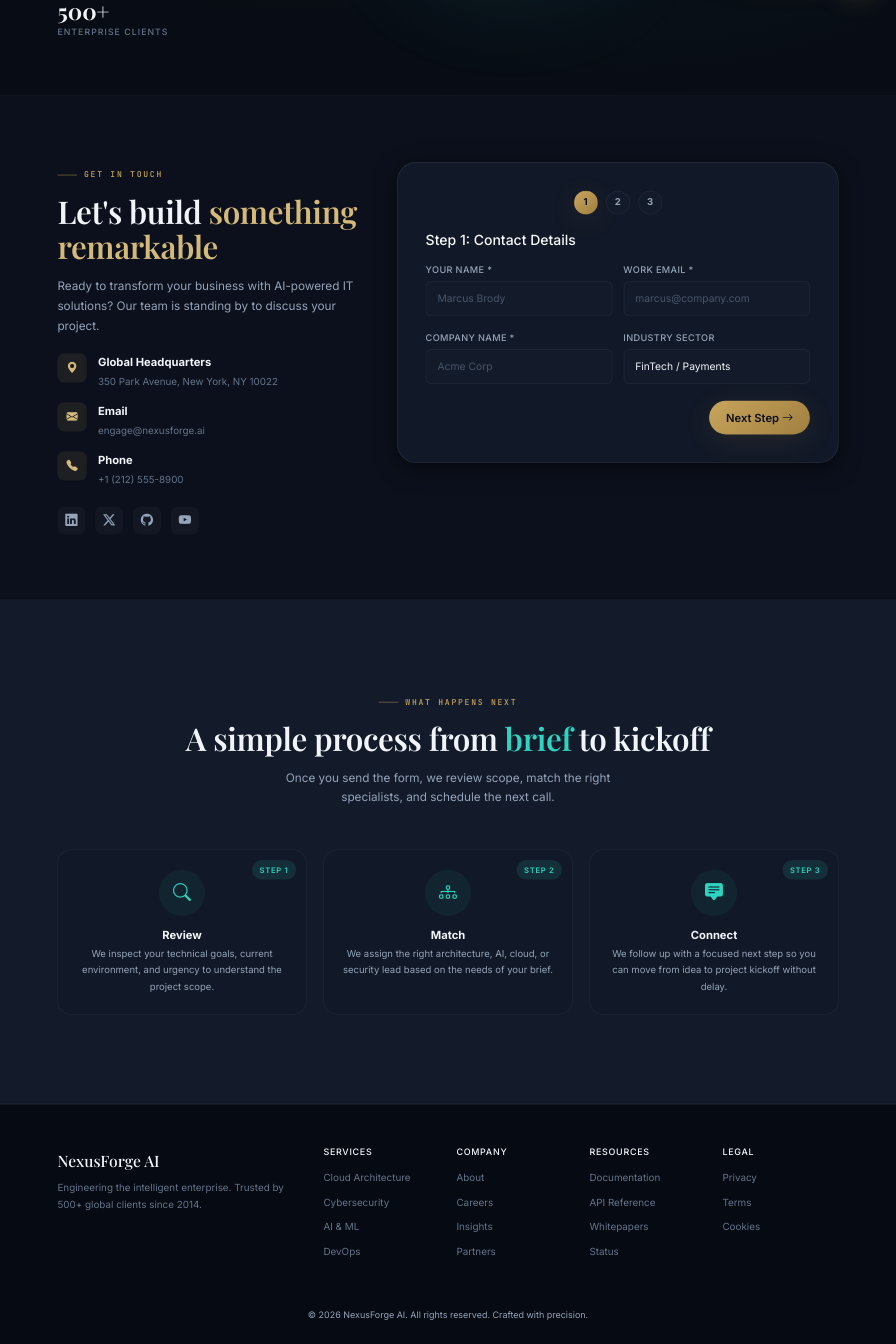
Repository: ruzni-dev/project-showcase
Page: pages/52-IT-Solutions-Website/pages/contact.html
The author's editor kept a copy of each file at every save. The page is drawn from the files as they stood at one save, then again after the next save.
The browser window is 1280 px wide. The pictures show the part of the page from y = 711 to 2631 px (the page is 2631 px tall), at 70% of full size.
Some web fonts or font styles are not loaded; a fallback is used.

Above is the page before, as saved 2026-05-26 13:24:48.

After the next save:
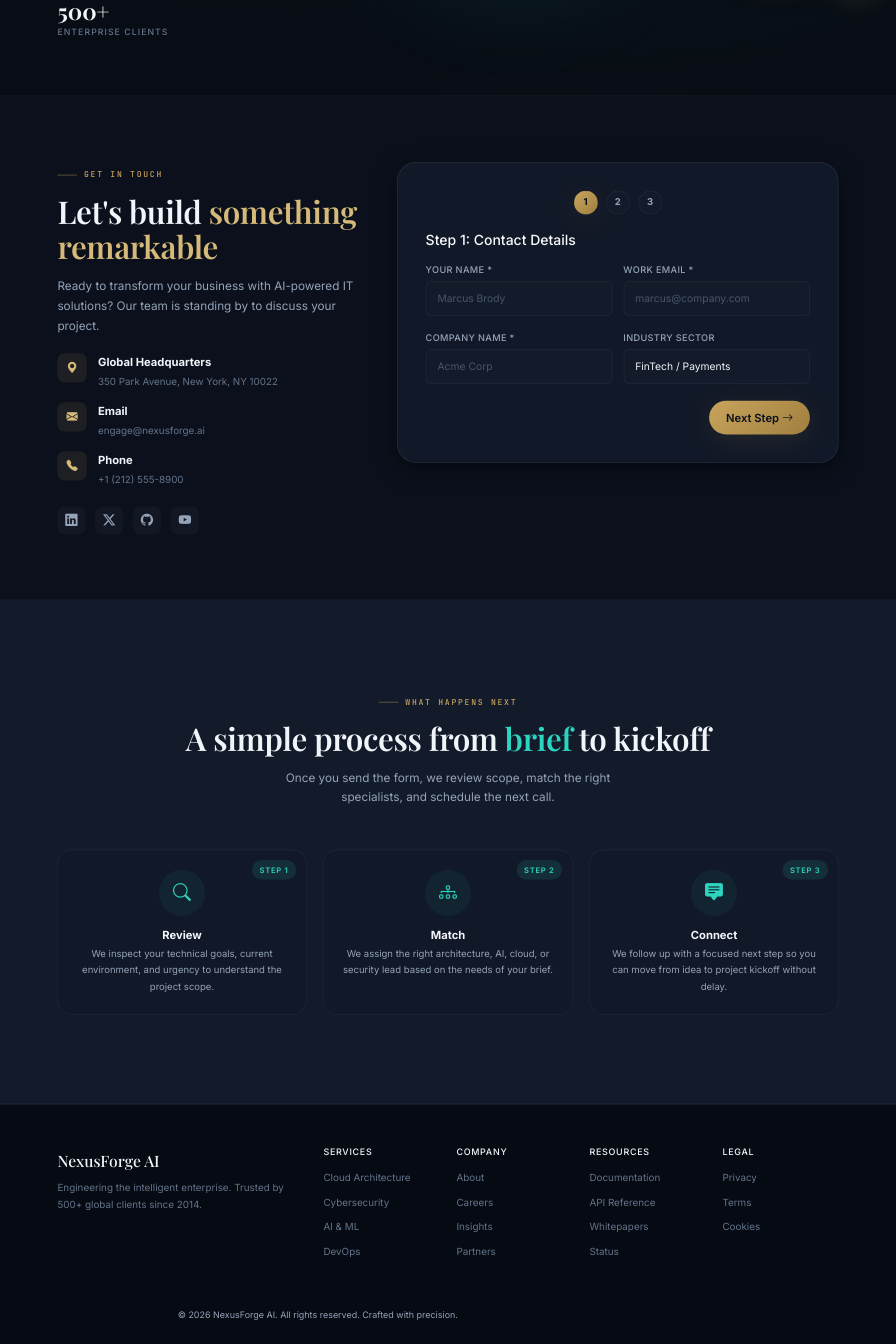
Saved 55 s later.
--- a/pages/52-IT-Solutions-Website/pages/contact.html
+++ b/pages/52-IT-Solutions-Website/pages/contact.html
@@ -342,7 +342,7 @@
                 </div>
             </div>
             <hr style="border-color:rgba(255,255,255,0.05);margin:30px 0 20px;">
-            <div class="text-center" style="color:var(--slate-400);font-size:0.8rem;">
+            <div class="text-center col-8" style="color:var(--slate-400);font-size:0.8rem;">
                 &copy; 2026 NexusForge AI. All rights reserved. Crafted with precision.
             </div>
         </div>
